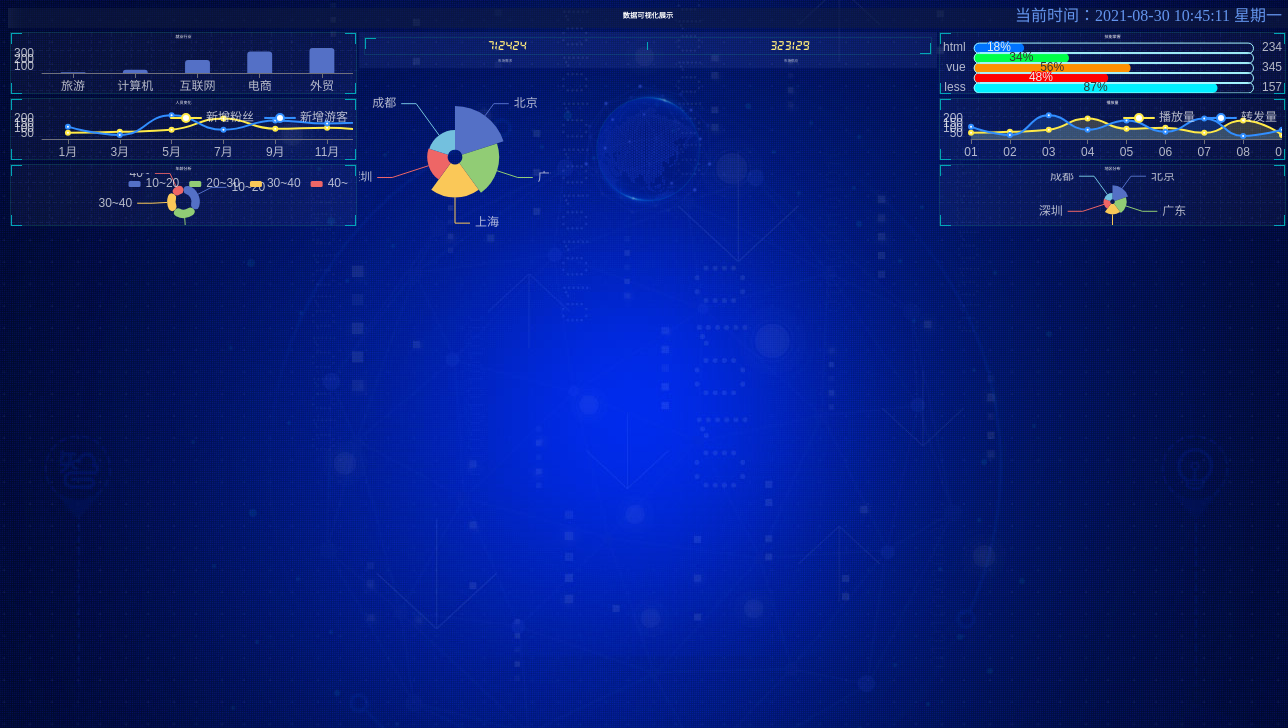
Repository: jiang-1990/DataVM
Page: /
The author's editor kept a copy of each file at every save. The page is drawn from the files as they stood at one save, then again after the next save.
The browser window is 1280 px wide. The page is 1288 px wide, so the pictures cover 1288 px, including what lies to the right of the window. The pictures show the whole page.
The project was rebuilt for these pictures with package versions that can differ from the ones it lists, and the page was loaded fresh each time.

Above is the page before, as saved 2021-08-30 17:30:11.

After the next save:
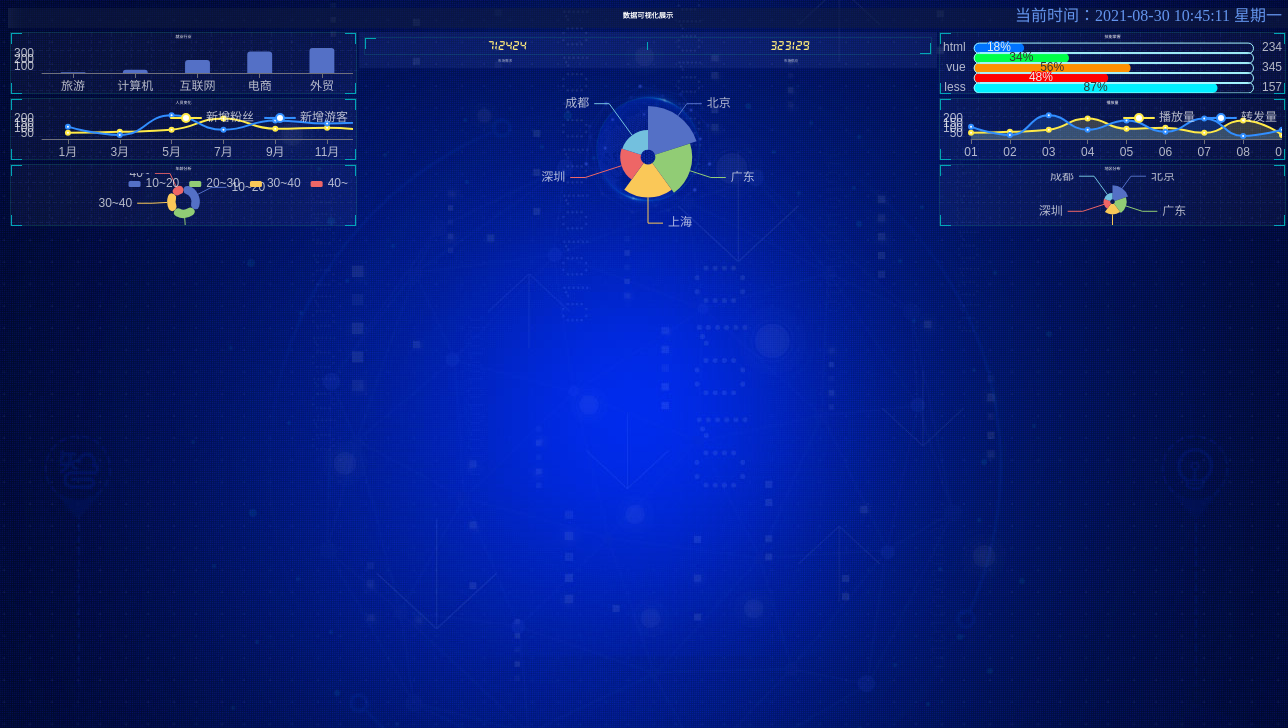
Saved 18 s later.
--- a/src/components/map.vue
+++ b/src/components/map.vue
@@ -75,6 +75,6 @@ export default {
 <style scoped>
 .mapChart{
     height: 10.125rem;
-    width: 12rem;
+    /* width: 12rem; */
 }
 </style>
